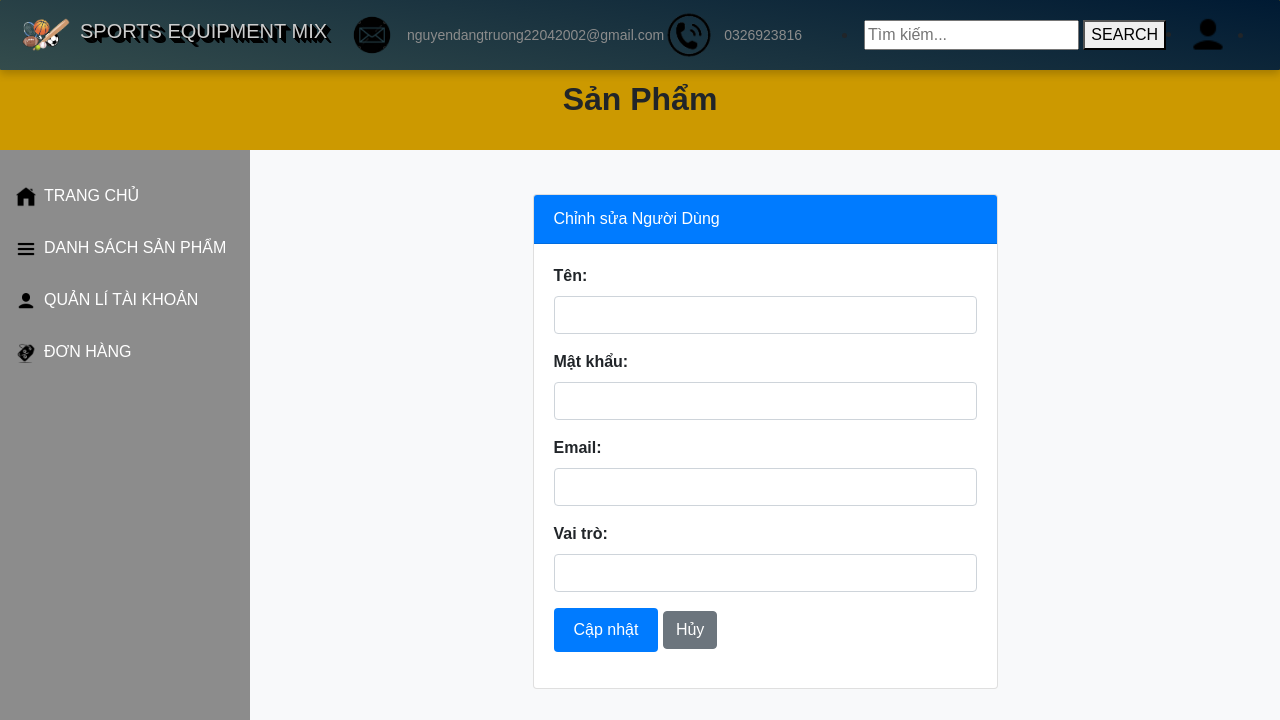
Repository: nguyendangtruong220420002/WWW-BanDungCuThietBiTheThao
Page: http://localhost/WebBanDungCuTheThao/QuanLy/EditUser.jsp
These files come from the project's save history. The page is drawn as it stood at one moment and after the next save; the edit follows.
The browser window is 1280 px wide. The pictures show the whole page.
The page is served by Tomcat 10.

Above is the page before, as saved 2024-07-22 09:04:03.

After the next save:
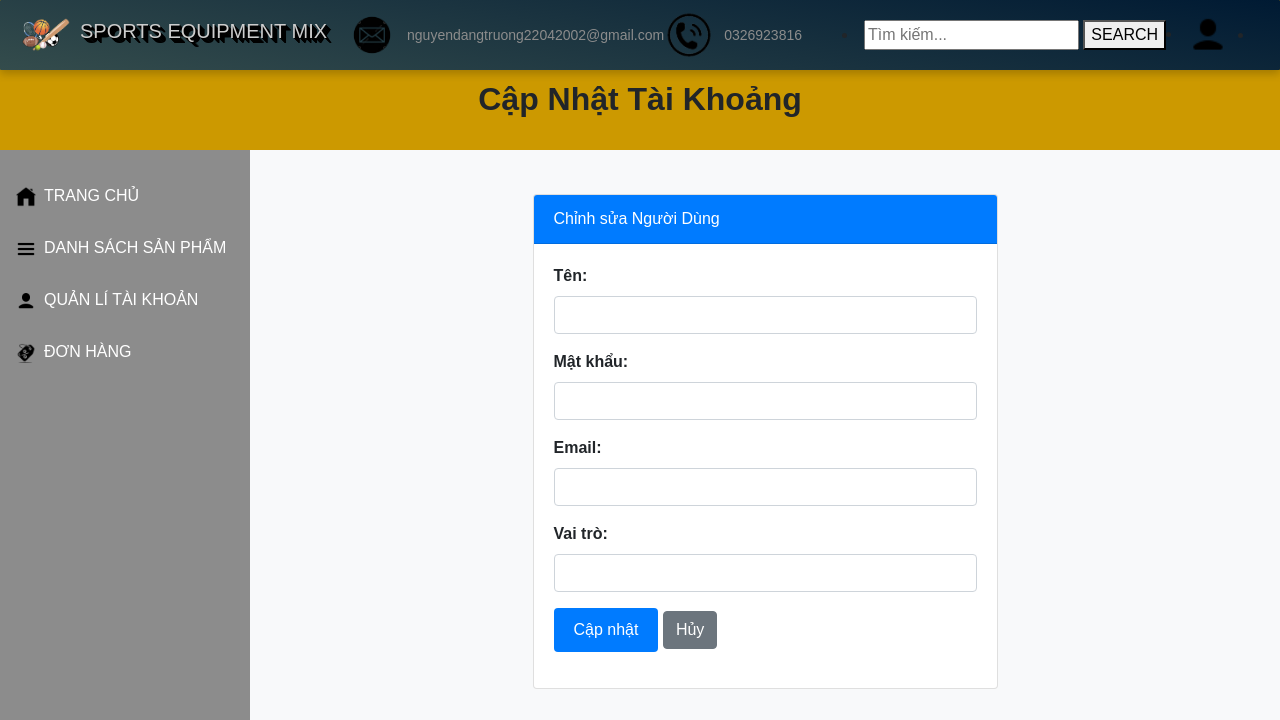
Saved 67 s later.
--- a/WebBanDungCuTheThao/src/main/webapp/QuanLy/EditUser.jsp
+++ b/WebBanDungCuTheThao/src/main/webapp/QuanLy/EditUser.jsp
@@ -237,7 +237,7 @@ main {
 			</div>
 		</div>
 		<div style="text-align: center; margin-top: 10px">
-			<h2 style="font-weight: bold;">Sản Phẩm</h2>
+			<h2 style="font-weight: bold;">Cập Nhật Tài Khoảng</h2>
 		</div>
 	</header>
 	<nav class="sidebar">
